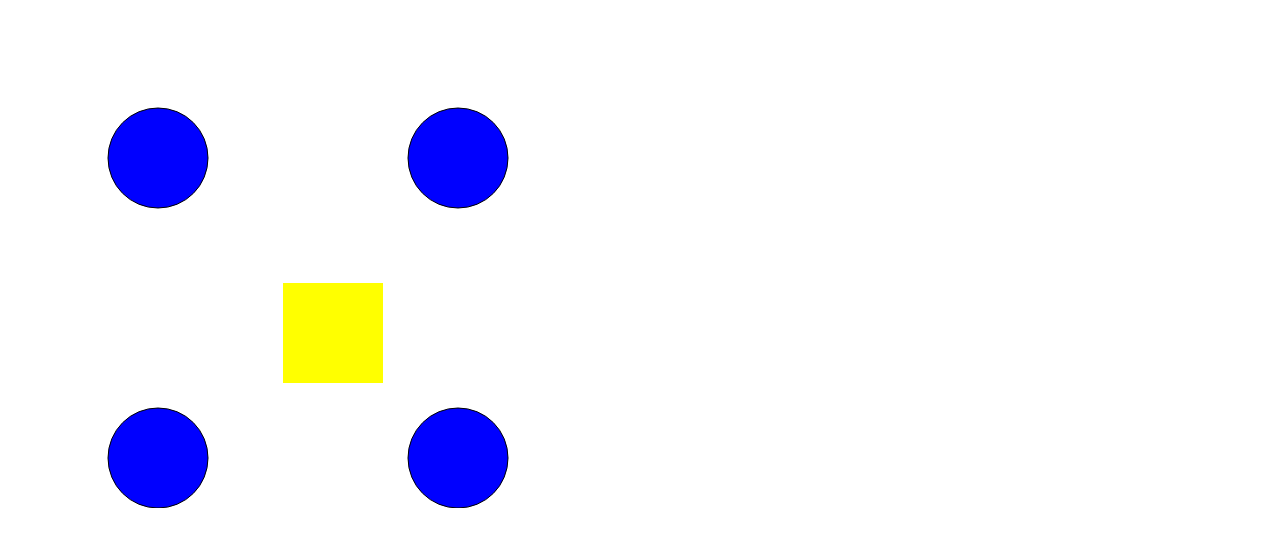
Repository: facio313/Python
Page: HELLO_PYTHON/day17/templates/canvas.html
These files come from the project's save history. The page is drawn as it stood at one moment and after the next save; the edit follows.
The browser window is 1280 px wide. The pictures show the whole page.

Above is the page before, as saved 2022-12-15 10:49:29.

### HELLO_PYTHON/day17/templates/canvas.html
<!DOCTYPE html>
<html>
<head>
<meta charset="UTF-8">
<title>Insert title here</title>
</head>
<body onload="loader()">
<script>
function loader(){
	var canvas = document.getElementById( "canvas" );   // canvas 객체
	var ctx = canvas.getContext( "2d" );      // 2d canvas 획득

	ctx.beginPath();
	ctx.arc(150, 150, 50, 0, Math.PI*2, false );
	ctx.fillStyle = "blue";
	ctx.fill();
	ctx.stroke();

	ctx.beginPath();
	ctx.arc(450, 150, 50, 0, Math.PI*2, false );
	ctx.fillStyle = "blue";
	ctx.fill();
	ctx.stroke();

	ctx.beginPath();
	ctx.arc(450, 450, 50, 0, Math.PI*2, false );
	ctx.fillStyle = "blue";
	ctx.fill();
	ctx.stroke();

	ctx.beginPath();
	ctx.arc(150, 450, 50, 0, Math.PI*2, false );
	ctx.fillStyle = "blue";
	ctx.fill();
	ctx.stroke();

	ctx.fillStyle = "rgba(255, 255, 0, 1)";
	ctx.fillRect (275, 275, 100, 100);
}
</script>

 <canvas id="canvas" width="600" height="500"/>

</body>
</html>

After the next save:
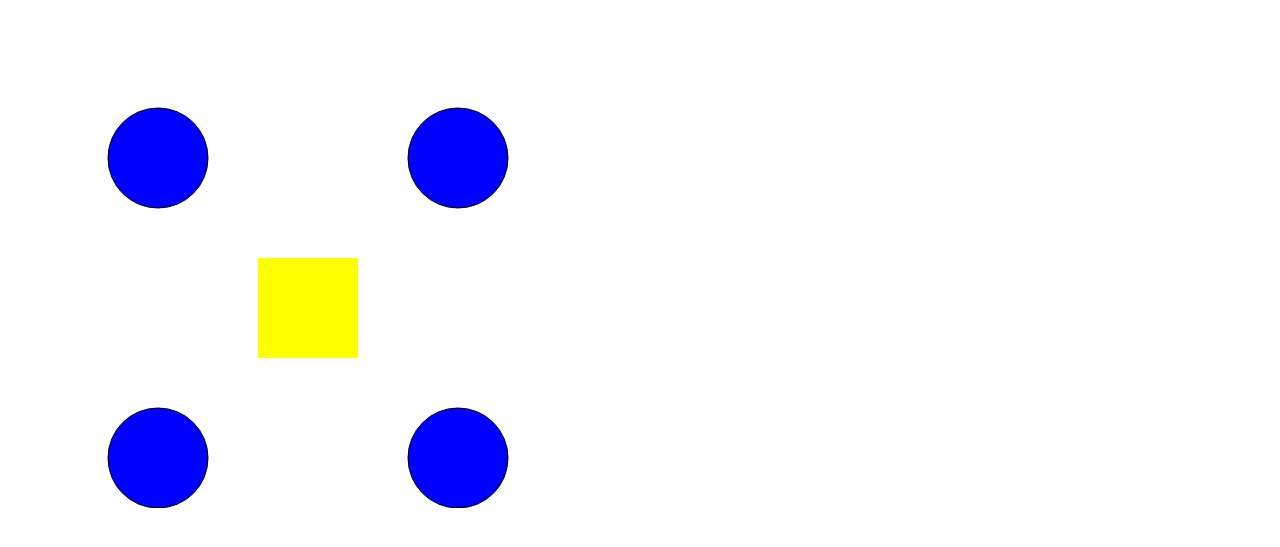
Saved 10 s later.
--- a/HELLO_PYTHON/day17/templates/canvas.html
+++ b/HELLO_PYTHON/day17/templates/canvas.html
@@ -35,7 +35,7 @@ function loader(){
 	ctx.stroke();
 
 	ctx.fillStyle = "rgba(255, 255, 0, 1)";
-	ctx.fillRect (275, 275, 100, 100);
+	ctx.fillRect (250, 250, 100, 100);
 }
 </script>
 
